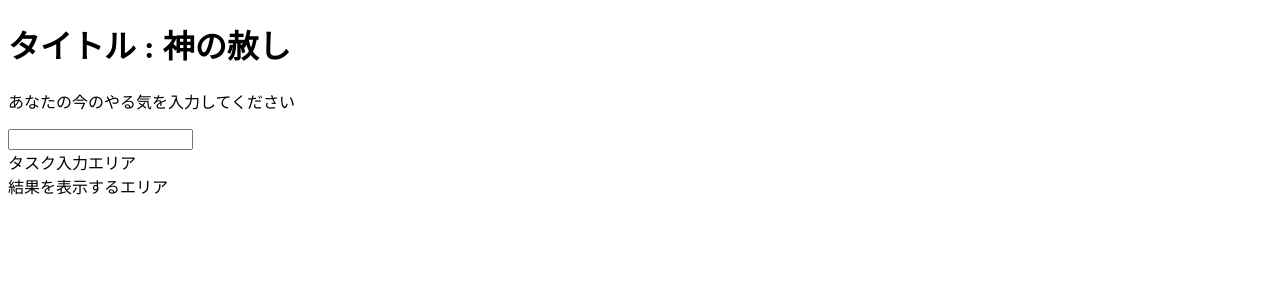
Repository: masa0306/god_forgiveness
Page: index.html
An editor plug-in stored every save of this project. The page is shown before and after the next save, followed by the edit.
The browser window is 1280 px wide. The pictures show the whole page.

Above is the page before, as saved 2024-05-14 22:40:51.

### index.html
<!DOCTYPE html>
<html lang="en">
<head>
    <meta charset="UTF-8">
    <meta name="viewport" content="width=device-width, initial-scale=1.0">
    <title>Document</title>
</head>
<body>
<!-- タイトルトップ -->
<!-- 神の許しを請うボタンを設置し、それを押すと始まるイメージ -->
    <div><h1>タイトル : 神の赦し</h1></div>
    <!-- やる気を入力するエリア -->
    <div>
        <p>あなたの今のやる気を入力してください</p>
        <input type="text">
    </div>


    <div>タスク入力エリア</div>

    <div>結果を表示するエリア</div>
    <script src="https://ajax.googleapis.com/ajax/libs/jquery/3.7.0/jquery.min.js"></script>
    <script src="/js/script.js"></script>

</body>
</html>

Loaded but not shown: js/script.js (no copy from this time; the picture is the same without it)

After the next save:
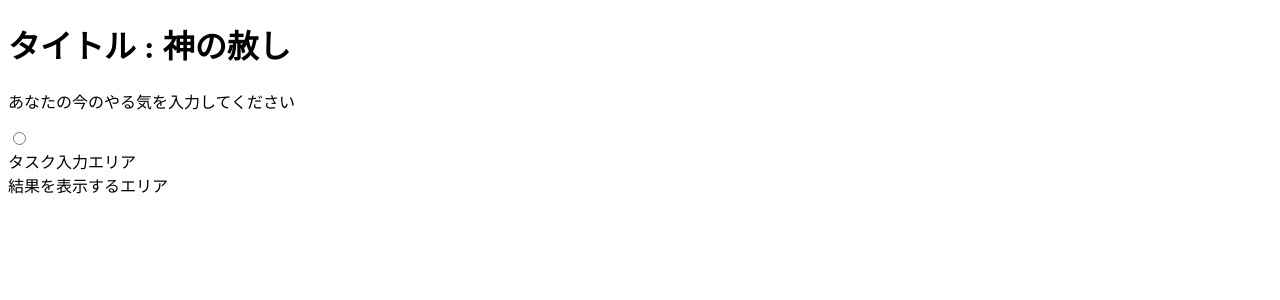
Saved 4 s later.
--- a/index.html
+++ b/index.html
@@ -12,7 +12,7 @@
     <!-- やる気を入力するエリア -->
     <div>
         <p>あなたの今のやる気を入力してください</p>
-        <input type="text">
+        <input type="radio">
     </div>
 
 
